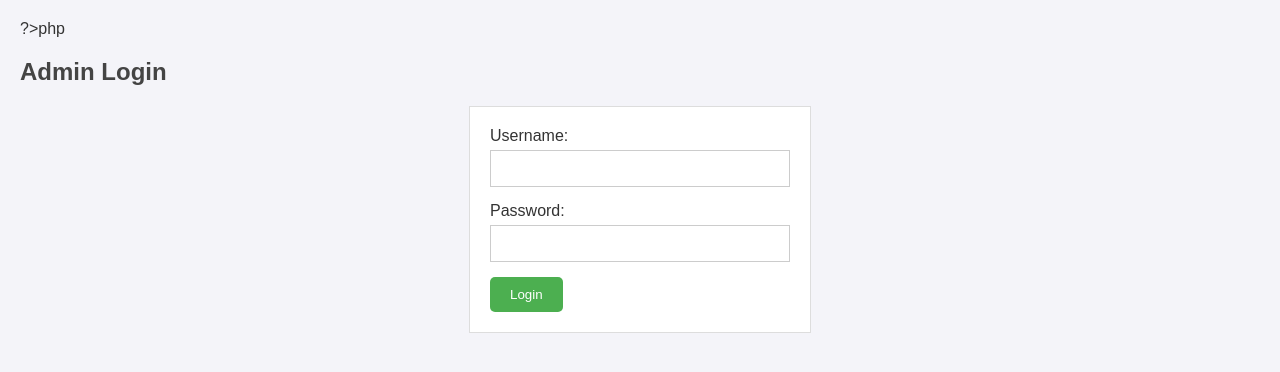
Repository: GauraVPandeyyy/Final-Neuro-dentica
Page: http://localhost/login.php
These files come from the project's save history. The page is drawn as it stood at one moment and after a run of saves; the edit follows.
The browser window is 1280 px wide. The pictures show the whole page.
The page is run by PHP 8.4 with error messages shown; the project is at /var/www/html/.

Above is the page before, as saved 2024-11-10 07:45:38.

After the next 2 saves:
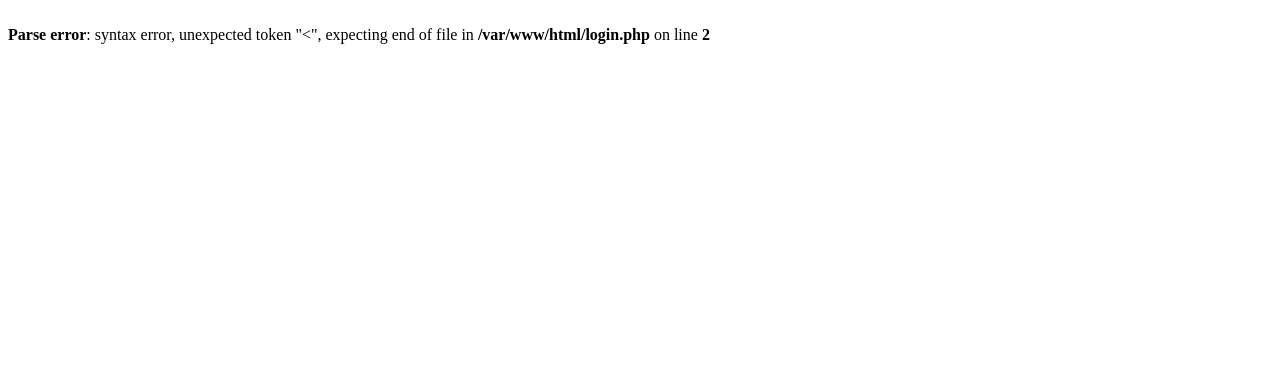
The 2 saves are shown as one change because they came seconds apart.
The last was saved 9 s later.
--- a/admin/login.php
+++ b/admin/login.php
@@ -1,4 +1,4 @@
-?>php
+<?php
 <!DOCTYPE html>
 <html lang="en">
 <head>
